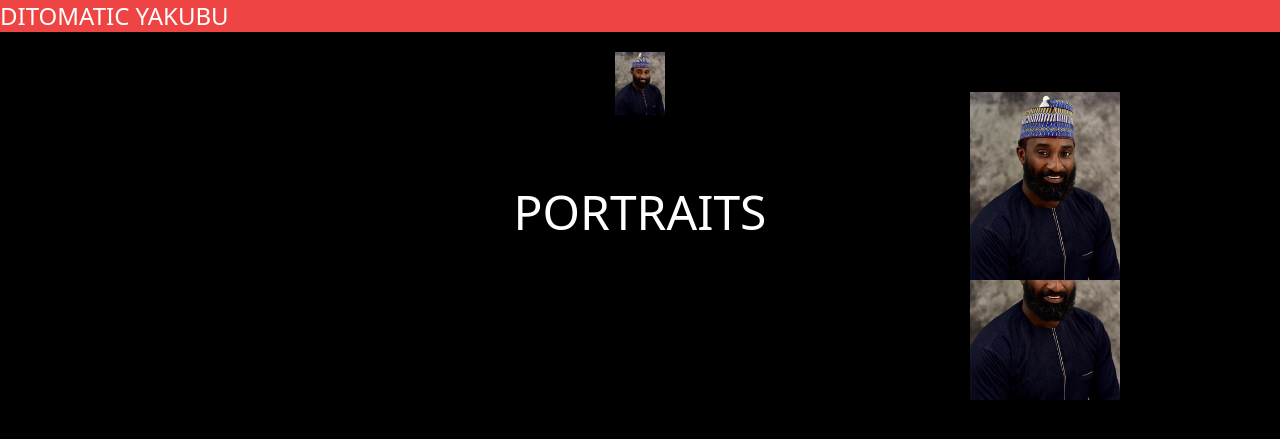
Repository: latenightsnacc/Ditomatic-Demo
Page: home.html
An editor plug-in stored every save of this project. The page is shown before and after the next save, followed by the edit.
The browser window is 1280 px wide. The pictures show the whole page.
Some web libraries are served in a nearby version.

Above is the page before, as saved 2021-02-24 11:06:59.

### home.html
<!DOCTYPE html>
<html lang="en" class="bg-black">
<head>
    <meta charset="UTF-8">
    <meta name="viewport" content="width=device-width, initial-scale=1.0">
    <!--Tailwind 2.0.2-->
    <link href="https://cdnjs.cloudflare.com/ajax/libs/tailwindcss/2.0.2/tailwind.min.css" rel="stylesheet">
    <!--Font Awesome 5.15.1-->
    <link rel="stylesheet" href="https://cdnjs.cloudflare.com/ajax/libs/font-awesome/5.15.1/css/all.min.css" integrity="sha512-+4zCK9k+qNFUR5X+cKL9EIR+ZOhtIloNl9GIKS57V1MyNsYpYcUrUeQc9vNfzsWfV28IaLL3i96P9sdNyeRssA==" crossorigin="anonymous" />
    <!-- Bootstrap 5.0.0 Beta-->
    <!-- <link href="https://cdn.jsdelivr.net/npm/bootstrap@5.0.0-beta1/dist/css/bootstrap.min.css" rel="stylesheet" integrity="sha384-giJF6kkoqNQ00vy+HMDP7azOuL0xtbfIcaT9wjKHr8RbDVddVHyTfAAsrekwKmP1" crossorigin="anonymous" /> -->
    <!--Page Title-->
    <title>Ditomatic Fotografy</title>
</head>
<body>
    <!--Header-->
    <header>
        <nav class="container-sm bg-red-500 flex flex-row justify-between">
            <a href="home.html" class="text-white uppercase text-2xl">Ditomatic Yakubu</a>
            <ul></ul>
        </nav>
    </header>
    <!--End of Header-->
    <div class="my-5"></div>
    <section class="bg-black shadow-2xl">
        <div class="container relative">
            <div class="flex justify-center items-center h-80">
                <h2 class="text-white uppercase text-underline text-center text-5xl">portraits</h2>
                <div class="absolute right-50 top-0">
                    <img src="images/malePortrait.jpg" width="50px">
                </div>
                <div class="absolute right-40 top-40">
                    <img src="images/malePortrait.jpg" width="150px" class="motion-safe:animate-bounce">
                </div>
                <div class="absolute right-40 top-10">
                    <img src="images/malePortrait.jpg" width="150px">
                </div>
            </div>
        </div>
    </section>
</body>
</html>

After the next save:
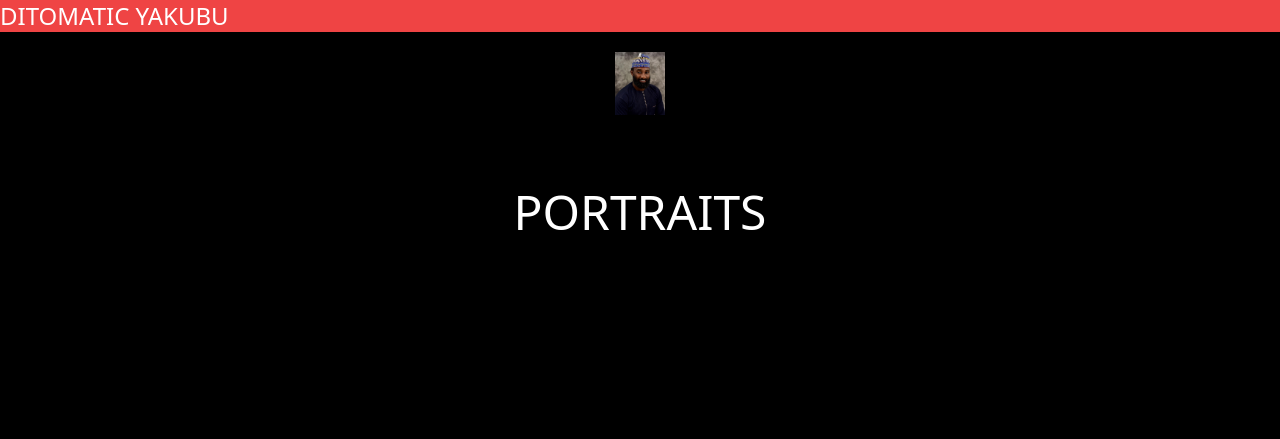
Saved 15 s later.
--- a/home.html
+++ b/home.html
@@ -29,12 +29,7 @@
                 <div class="absolute right-50 top-0">
                     <img src="images/malePortrait.jpg" width="50px">
                 </div>
-                <div class="absolute right-40 top-40">
-                    <img src="images/malePortrait.jpg" width="150px" class="motion-safe:animate-bounce">
-                </div>
-                <div class="absolute right-40 top-10">
-                    <img src="images/malePortrait.jpg" width="150px">
-                </div>
+
             </div>
         </div>
     </section>
